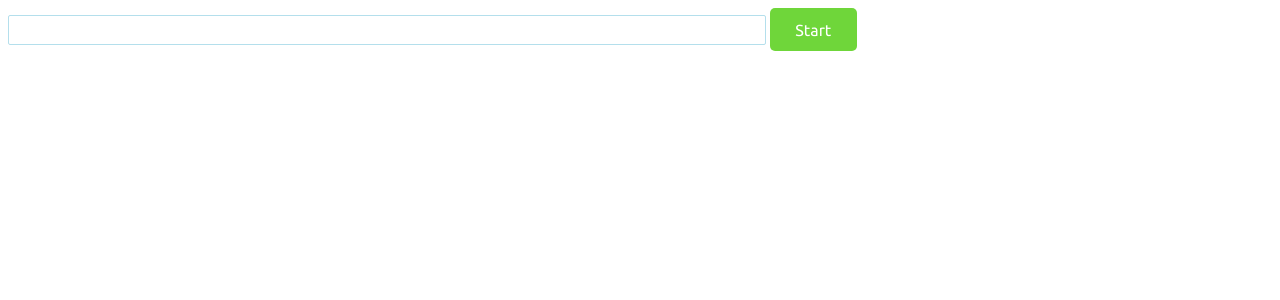
Repository: akshaydongaregit/OnlineChess
Page: view/login.html
An editor plug-in stored every save of this project. The page is shown before and after the next save, followed by the edit.
The browser window is 1280 px wide. The pictures show the whole page.

Above is the page before, as saved 2019-10-06 17:55:48.

After the next save:
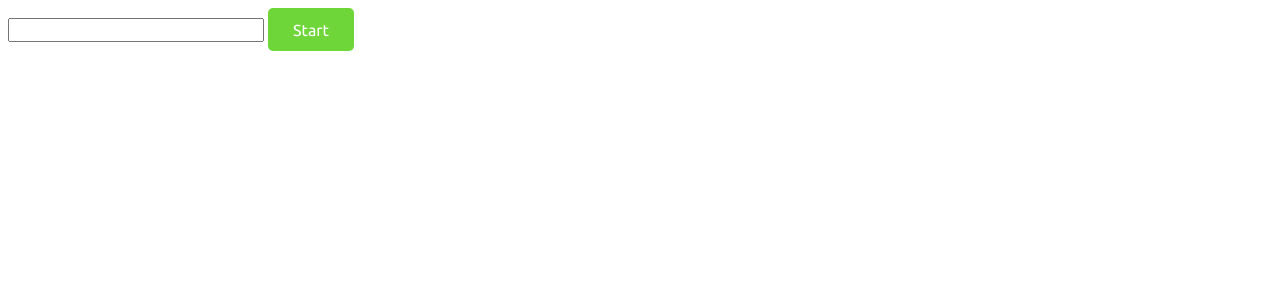
Saved 20 s later.
--- a/view/login.html
+++ b/view/login.html
@@ -5,7 +5,7 @@
     </head>
     <body>
         <div name="login" class="login form">
-            <input type="text" name="username" id="username" class="txt"/>
+            <input type="text" name="username" id="username" class="input"/>
             <button class="btn" value="Start" onclick="login()"> Start </button>
         </div>
         <script type="text/javascript" src="../js/axios.min.js"></script>
